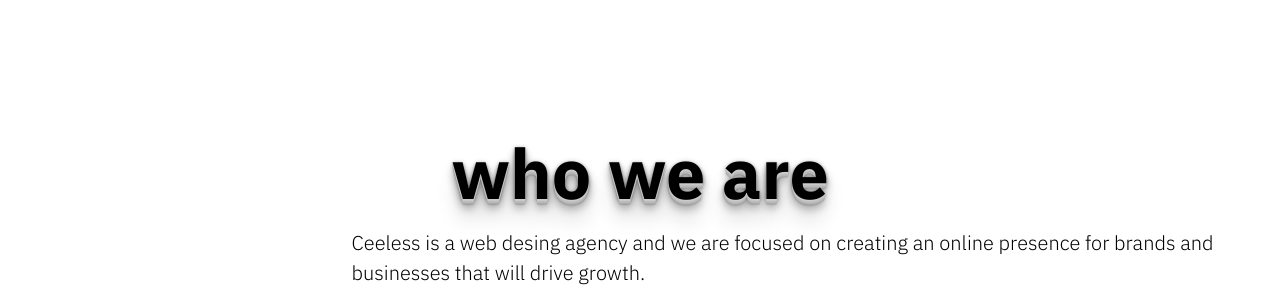
Repository: latenightsnacc/ceeless
Page: index.html
The author's editor kept a copy of each file at every save. The page is drawn from the files as they stood at one save, then again after the next save.
The browser window is 1280 px wide. The pictures show the part of the page from y = 1568 to 2096 px (the page is 1876 px tall before and 2096 px after).
Some web libraries are served in a nearby version. The style sheet was rebuilt from its Sass, Less or Tailwind sources for each picture, by a compiler version that may differ from the author's.

Above is the page before, as saved 2020-06-14 15:03:31.

### index.html
<!DOCTYPE html>
<html lang="en">
<head>
    <meta charset="UTF-8">
    <meta name="viewport" content="width=device-width, initial-scale=1.0">

    <!--Bootstrap-->
    <link rel="stylesheet" href="https://stackpath.bootstrapcdn.com/bootstrap/4.5.0/css/bootstrap.min.css" integrity="sha384-9aIt2nRpC12Uk9gS9baDl411NQApFmC26EwAOH8WgZl5MYYxFfc+NcPb1dKGj7Sk" crossorigin="anonymous">

    <!-- UIkit CSS -->
    <link rel="stylesheet" href="https://cdn.jsdelivr.net/npm/uikit@3.5.3/dist/css/uikit.min.css" />

    <!--Font Awesome Icons-->
    <link rel="stylesheet" href="https://maxcdn.bootstrapcdn.com/font-awesome/4.4.0/css/font-awesome.min.css">

    <!--Custom Stylesheet-->
    <link rel="stylesheet" href="Styles/stylesheet.css">

    <!--Page Title-->
    <title>Ceeless | Licorne Technologies</title>
</head>
<body>
    <main class="wrapper ml-5 mr-5">
        <!--NavBar-->
        <nav class="navbar navbar-expand-lg navbar-light bg-transparent mt-3">
            <!--Logo-->
            <a class="navbar-brand" href="#">Navbar</a>
            <!--Mobile NavBar Icon-->
            <div class="navbar-toggler" type="button" data-toggle="collapse" data-target="#navbarTogglerDemo03" aria-controls="navbarTogglerDemo03" aria-expanded="false" aria-label="Toggle navigation">
                <div class="nav-icon">
                    <span class="long-bar-one"></span>
                    <span class="short-bar-two"></span>
                    <span class="long-bar-three"></span>
                </div>
            </div>
            <div class="collapse navbar-collapse" id="navbarTogglerDemo03">
              <ul class="navbar-nav ml-auto mt-2 mt-lg-0">
                <li class="nav-item active">
                  <a class="nav-link" title="Home"role="button" href="#"><span class="menu-text" id="homeText" >Home</span><i class="fa fa-home" id="homeIcon"></i></a>
                </li>
                <li class="nav-item">
                  <a class="nav-link" href="#"><span class="menu-text" id="aboutText">About</span><i class="fa fa-info" id="aboutIcon"></i></a>
                </li>
                <li class="nav-item">
                  <a class="nav-link" href="#"><span class="menu-text" id="abtText">Portfolio</span><i class="fa fa-tasks" aria-hidden="true" id="portfolioIcon"></i></a>
                </li>
                <li class="nav-item">
                    <a class="nav-link" href="#"><span class="menu-text" id="abtText">Contact</span><i class="fa fa-send-o" id="contactIcon"></i></a>
                  </li>
              </ul>
            </div>
        </nav>
        <!--End of NavBar-->

        <!--Header wrapper-->
        <section class="header-wrapper container-fluid">
            <div class="row pt-5">
                <!--Social Icons-->
                <div class="col-3">
                    <ul class="uk-iconnav uk-iconnav-vertical uk-align-right@s align-middle	">
                        <li><a href="#" uk-icon="icon: plus"></a></li>
                        <li><a href="#" uk-icon="icon: file-edit"></a></li>
                        <li><a href="#" uk-icon="icon: copy"></a></li>
                        <li><a href="#" uk-icon="icon: trash"></a></li>
                    </ul>
                </div>
                <!--Header Message-->
                <div class="col-9 header-text">
                    <div class="card w-75">
                        <h1>Ceeless Designs the future for those who create it.</h1>
                        <h5>Create the ultimate experience with ceeless.</h5>
                        <a href="#" class="action-btn">Start</a>
                    </div>
                </div>
            </div>
        </section>
        <!--End of Header wrapper-->

        <!--Our Work-->
        <section class="ourWork-wrapper mb-5">
            <div class="row">
                <!--Slider-->
                <div class="col">
                    <div class="uk-position-relative uk-visible-toggle uk-light" tabindex="-1" uk-slideshow="min-height: 700; max-height: 1200; autoplay: true; autoplay-interval: 3000; pause-on-hover: true" >

                        <ul class="uk-slideshow-items" >
                            <li>
                                <img src="assets/DemoImage1.jpg" alt="" uk-cover>
                            </li>
                            <li>
                                <img src="assets/DemoImage2.jpg" alt="" uk-cover>
                            </li>
                            <li>
                                <img src="assets/DemoImage3.jpg" alt="" uk-cover>
                            </li>
                        </ul>

                        <a class="uk-position-center-left uk-position-small uk-hidden-hover" href="#" uk-slidenav-previous uk-slideshow-item="previous"></a>
                        <a class="uk-position-center-right uk-position-small uk-hidden-hover" href="#" uk-slidenav-next uk-slideshow-item="next"></a>

                    </div>
                </div>
                <!--What we do-->
                <div class="col">
                    <div class="what-we-do pt-5">
                        <h2 class="title">What we do</h2>
                        <p>Lorem ipsum, dolor sit amet consectetur adipisicing elit. Aliquam minus recusandae error sunt totam. Pariatur nihil rem blanditiis beatae doloremque aut sint minima illum facere delectus consequuntur sed rerum eligendi dicta nemo ipsum, iure et deleniti architecto! Ea magni possimus aliquid? Facere quis saepe velit, placeat distinctio similique animi vel.</p>
                    </div>
                </div>
            </div>
        </section>
        <!--End of Header wrapper-->

        <section class="aboutUs  ">
            <h3 class="title mt-5 text-center">who we are</h3>
            <div class="row">
                <div class="col-3"></div>
                <div class="col-9">
                    <p>Ceeless is a web desing agency and we are focused on creating an online presence for brands and businesses that will drive growth.</p>
                </div>
            </div>
        </section>
    </main>

     <!-- UIkit JS -->
     <script src="https://cdn.jsdelivr.net/npm/uikit@3.5.3/dist/js/uikit.min.js"></script>
     <script src="https://cdn.jsdelivr.net/npm/uikit@3.5.3/dist/js/uikit-icons.min.js"></script>
    <!-- JS, Popper.js, and jQuery -->
    <script src="https://code.jquery.com/jquery-3.5.1.slim.min.js" integrity="sha384-DfXdz2htPH0lsSSs5nCTpuj/zy4C+OGpamoFVy38MVBnE+IbbVYUew+OrCXaRkfj" crossorigin="anonymous"></script>
    <script src="https://cdn.jsdelivr.net/npm/popper.js@1.16.0/dist/umd/popper.min.js" integrity="sha384-Q6E9RHvbIyZFJoft+2mJbHaEWldlvI9IOYy5n3zV9zzTtmI3UksdQRVvoxMfooAo" crossorigin="anonymous"></script>
    <script src="https://stackpath.bootstrapcdn.com/bootstrap/4.5.0/js/bootstrap.min.js" integrity="sha384-OgVRvuATP1z7JjHLkuOU7Xw704+h835Lr+6QL9UvYjZE3Ipu6Tp75j7Bh/kR0JKI" crossorigin="anonymous"></script>

    <script src="Js/scripts.js"></script>
</body>
</html>

### Js/scripts.js
let menuHomeText = document.getElementById('homeText');
let menuHomeIcon = document.getElementById('homeIcon');

let menuAboutText = document.getElementById('aboutText');
let menuAboutIcon = document.getElementById('aboutIcon');


if(menuHomeIcon){
    menuHomeIcon.addEventListener('mouseover', event =>{


        menuHomeText.style.display = 'none';



    });
}

if(menuAboutIcon){
    menuAboutIcon.addEventListener('mouseover', event =>{

        menuAboutText.style.display = 'block';

        if(menuAboutText.style.display = 'block'){
            menuAboutText.style.display = 'none';
        }

    });
}

### Styles/stylesheet.scss
@import 'variables';
@import 'navbar';
@import 'header';
@import 'our-work';
@import 'aboutUs';

*{
    margin: 0;
    padding: 0;
    text-decoration: none;
    list-style: none;
}
body{
    background-color: white;
}

### Styles/_variables.scss
@import url('https://fonts.googleapis.com/css2?family=IBM+Plex+Sans:wght@300;700&display=swap');

$font: 'IBM Plex Sans', sans-serif;
$dark: black;
$light: white;
$box-shadow: 0 5px 15px rgba(0,0,0,0.08);
$btn-shadow: 2px 20px 25px -15px rgba(0, 0, 0, 0.54);

### Styles/navbar.scss
@import 'variables';

.navbar-toggler{
    border: none;
    .nav-icon{
        display: flex;
        flex-direction: column;
        .long-bar-one, .long-bar-three, .short-bar-two{
            border: 2px solid $dark;
            margin-bottom: 5px;
        }
        .long-bar-one, .long-bar-three{
            width: 33px;
        }
        .short-bar-two{
            width: 20px;
        }

        &:hover{
            .long-bar-one, .long-bar-three{
                width: 20px;
                transition: width 300ms ease-in-out 0s;

            }
            .short-bar-two{
                width: 33px;

            }
        }
    }
}
.nav-item {
    a.nav-link{
        display: flex;
        align-items: center;
        &:hover {
            margin-right: 10px;
        }


        .menu-text,.fa{
            flex: 1;
        }

    }
    .menu-text {
        color: $dark;
        font-weight: 500;
        font-family: $font;
        display: none;
    }

    .fa{
        display: flex;
        justify-content: center !important;
        align-items: center;
        color: $dark;
        font-size: 35px;
        background-color: $light;
        height: 100px;
        width: 100px;
        border-radius: 50%;



        &:hover{

            background-color: $dark;
            color: $light;
            transition: width 300ms ease-in-out 0s;


        }
    }
}

### Styles/header.scss
@import 'variables';

.align-middle{
    display: flex;
    flex-direction: column;
    justify-content: center;
    height: 400px;
}
.header-wrapper{
    height: 100vh;
    .header-text{
        .card{
            border: none;
            display: flex;
            flex-direction: column;
            justify-content: center;

            h1, h5{
                font-family: $font;
                color: $dark;
            }

            h1{
                font-size: 70px;
                line-height: 100px;
            }
            h5{
                font-size: 20px;
                line-height: 20px;
                font-weight: 300;
            }

        }
    }
}
a.action-btn {
    border: 1px solid $dark;
    background-color: $dark;
    width: 100px;
    border-radius: 20px;
    padding: 10px;
    box-shadow: $btn-shadow;
    color: $light;
    text-align: center;
    line-height: 20px;
    &:hover{
        text-decoration: none;
    }

}

### Styles/our-work.scss
@import 'variables';

.ourWork-wrapper {
    height: 100vh;


    .what-we-do {
        display: flex;
        height: 100vh;
        flex-direction: column;
        justify-content: center;
    }
}

.title {
    font-weight: 700;
    line-height: 70px;
    font-family: $font;
    font-size: 70px;
    color: $dark;
    // text-shadow: 4px 3px 0px rgba(0, 0, 0, 0.15), 9px 8px 0px rgba(0,0,0,0.15);
    text-shadow: 0 1px 0 #ccc,
       0 2px 0 #c9c9c9,
       0 3px 0 #bbb,
       0 4px 0 #b9b9b9,
       0 5px 0 #aaa,
       0 6px 1px rgba(0,0,0,.1),
       0 0 5px rgba(0,0,0,.1),
       0 1px 3px rgba(0,0,0,.3),
       0 3px 5px rgba(0,0,0,.2),
       0 5px 10px rgba(0,0,0,.25),
       0 10px 10px rgba(0,0,0,.2),
       0 20px 20px rgba(0,0,0,.15);

       }
p{
    color: $dark;
    font-family: $font;
}

### Styles/aboutUs.scss
@import 'variables';

.aboutUs{
    margin-top: 10%;

    p{
        font-size: 20px;
        line-height: 30px;
    }
}

After the next save:
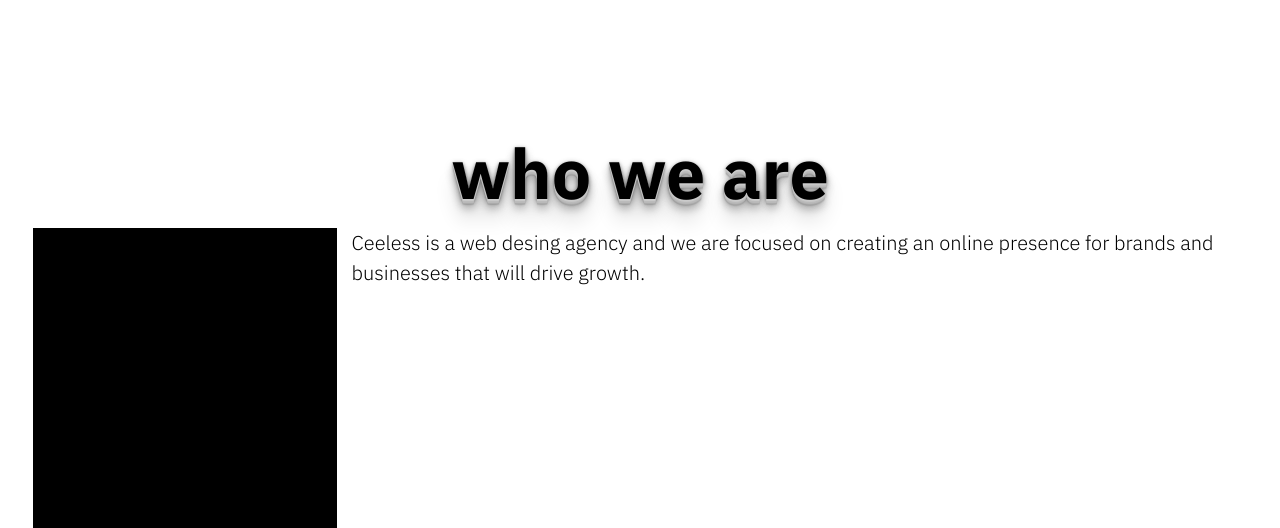
Saved 62 s later.
--- a/Styles/aboutUs.scss
+++ b/Styles/aboutUs.scss
@@ -2,6 +2,12 @@
 
 .aboutUs{
     margin-top: 10%;
+    .col-3 {
+        border: 1px solid $dark;
+        height: 300px;
+        width: 100%;
+        background-color: $dark;
+    }
 
     p{
         font-size: 20px;
